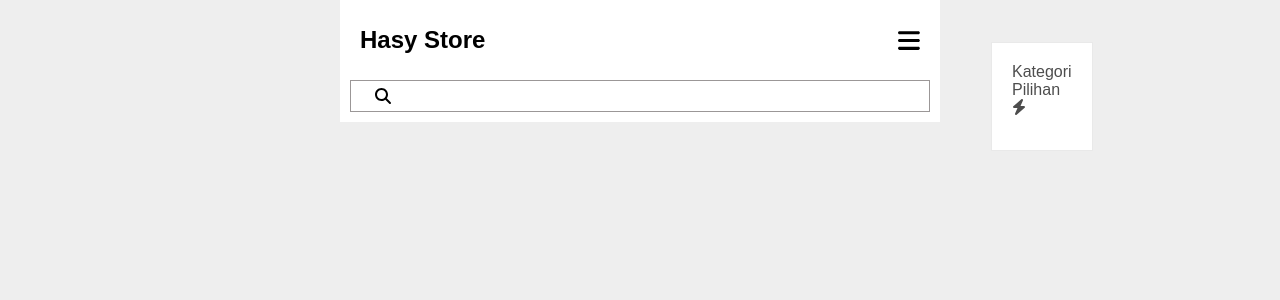
Repository: HabibAsyrof/project-akhir
Page: http://localhost/
These files come from the project's save history. The page is drawn as it stood at one moment and after a run of saves; the edit follows.
The browser window is 1280 px wide. The pictures show the whole page.
Some web libraries are served in a nearby version. The page is served by the project's Laravel application, run on PHP 8.4 with Laravel 12. Other server files are loaded and not shown. Queries for data that is not in the repository find no rows.

Above is the page before, as saved 2024-10-15 08:51:34.

### routes/web.php


<!--
use App\Http\Controllers\loginController;
use App\Http\Controllers\regisController;
use App\Models\Iklan;
use App\Models\Jenis;
use App\Models\Kategori;
use Illuminate\Support\Facades\Route;
use Symfony\Component\CssSelector\Node\FunctionNode;

Route::get('/', function (){
    return view('halaman_utama', [
        'kategori' => Kategori::all(),
        'iklan' => Iklan::all(),
        'jenis' => Jenis::take(6)->get()
    ]);
});

Route::get('/Sign-In', function (){
    return view('auth/signin');
});

Route::get('/login', [
    loginController::class, ('login')
])->name('login')->middleware('guest');

Route::post('/login', [
    loginController::class, ('authenticate')
]);

Route::get('/Sign-Up', function(){
    return view('auth/signup');
}); -->


<?php

// Menggunakan controller dan model yang diperlukan
use App\Http\Controllers\IklanController;
use App\Http\Controllers\JenisController;
use App\Http\Controllers\KategoriController;
use App\Http\Controllers\loginController;
use App\Http\Controllers\regisController;
use App\Models\Iklan;
use App\Models\Jenis;
use App\Models\Kategori;
use Illuminate\Support\Facades\Route;
use Illuminate\Http\Request;

// Rute untuk menampilkan halaman Sign-In
Route::get('/Sign-In', [
    loginController::class,
    ('login')
])->middleware('guest')->name('login');

// Rute untuk menangani autentikasi pengguna
Route::post('/login', [
    loginController::class,
    ('authenticate')
]);

// Rute untuk menampilkan halaman Sign-Up
Route::get('/Sign-Up', function () {
    return view('auth/signup'); // Mengembalikan tampilan signup
})->middleware('guest');

// Rute untuk menangani pendaftaran pengguna
Route::post('/register', [
    regisController::class,
    ('register')
]);

// Rute untuk menampilkan dashboard admin setelah autentikasi
Route::get('/admin', function () {
    $kategori = Kategori::all(); // Mengambil semua kategori dari database
    return view('/admin/admin-kategori', [
        'kategori' => $kategori,
        'title' => 'dashboard' // Mengatur title halaman
    ]);
})->middleware('auth')->name('halaman-utama'); // Hanya dapat diakses oleh pengguna yang terautentikasi

// Rute untuk menambah kategori baru
Route::post('/admin/create', [
    KategoriController::class, 'tambah_kategori'
]);

// Rute untuk menampilkan halaman logout
Route::get('/logout', [
    loginController::class, 'logout'
]);

// Rute untuk menampilkan halaman utama
Route::get('/', function (Request $request) {
    $search = $request->query('search');
    $jenis = Jenis::take(6)->get();
    if($search) {
        $jenis = Jenis::where('nama', $search)->take(6)->get();
    }
    return view('halaman_utama', [
        'kategori' => Kategori::all(), // Mengambil semua kategori
        'jenis' => $jenis, // Mengambil 6 jenis
        'iklan' => Iklan::all() // Mengambil semua iklan
    ]);
});

// Rute untuk menampilkan formulir pembuatan kategori di admin
Route::get('/admin/kategori/create', function() {
    return view('admin/create-kategori', [
        'title' => 'add category' // Mengatur title halaman
    ]);
});

// Rute untuk menampilkan daftar jenis di admin
Route::get('/admin/jenis', function(){
    $jenis = Jenis::all(); // Mengambil semua jenis dari database
    return view('/admin/admin-jenis', [
        'jenis' => $jenis,
        'title' => 'dashboard' // Mengatur title halaman
    ]);
});

// Rute untuk menampilkan formulir pembuatan jenis
Route::get('/admin/jenis/create', function() {
    return view('admin/create-jenis', [
        'title' => 'add category', // Mengatur title halaman
        'kategori' => Kategori::all(), // Mengambil semua kategori untuk ditampilkan di formulir
    ]);
});

// Rute untuk menambah jenis baru
Route::post('/admin/create-jenis', [
    JenisController::class, 'tambah_jenis'
]);

// Rute untuk menampilkan daftar iklan di admin
Route::get('/admin/iklan', function(){
    $iklan = Iklan::all(); // Mengambil semua iklan dari database
    return view('/admin/admin-iklan', [
        'iklan' => $iklan,
        'title' => 'dashboard' // Mengatur title halaman
    ]);
});

// Rute untuk menampilkan formulir pembuatan iklan
Route::get('/admin/iklan/create', function() {
    return view('admin/create-iklan', [
        'title' => 'add category' // Mengatur title halaman
    ]);
});

// Rute untuk menambah iklan baru
Route::post('/admin/create-iklan', [
    IklanController::class, 'tambah_iklan'
]);

// Rute untuk menampilkan halaman berdasarkan kategori iPhone
Route::get('/halaman-iphone/{id}', function(Request $request) {
    // Mengambil jenis berdasarkan kategori ID dari parameter rute
    return view('halaman-iphone', [
        'jenis' => Jenis::where('kategori_id', $request->route('id'))->get(), // Mengambil jenis yang terkait dengan kategori tertentu
        'kategori' => Kategori::all()
    ]);
});

### app/Models/Jenis.php
<?php

namespace App\Models;

use Illuminate\Database\Eloquent\Factories\HasFactory;
use Illuminate\Database\Eloquent\Model;

class Jenis extends Model
{
    use HasFactory;
    protected $guarded=['id'];
}

### app/Models/Kategori.php
<?php

namespace App\Models;

use Illuminate\Database\Eloquent\Factories\HasFactory;
use Illuminate\Database\Eloquent\Model;

class Kategori extends Model
{
    use HasFactory;
    protected $guarded=['id'];

}

### app/Models/Iklan.php
<?php

namespace App\Models;

use Illuminate\Database\Eloquent\Factories\HasFactory;
use Illuminate\Database\Eloquent\Model;

class Iklan extends Model
{
    use HasFactory;
    protected $guarded=['id'];
}

### resources/views/halaman_utama.blade.php
@extends('layout.app')

@section('title', 'Home')

@section('css')
    <link rel="stylesheet" href="css/halaman-utama.css">
    <link rel="stylesheet" href="css/search.css">
@endsection

@section('content')
    <div class="container-halaman-utama">
        <div class="navbar">
            <x-navbar :kategori="$kategori" />
        </div>
        <x-search />
        <div class="iklan">
            <div class="slider">
                <div class="slides">
                    @foreach ($iklan as $item)
                        <div class="slide animasi-cuy"><img src="{{ asset('storage/' . $item->image) }}" alt="Image 2">
                        </div>
                    @endforeach
                </div>
                <button id="button-slide" class="prev animasi-cuy" onclick="prevSlide()">&#10094;</button>
                <button id="button-slide" class="next animasi-cuy" onclick="nextSlide()">&#10095;</button>
            </div>
        </div>

        <div class="judul-hp">
            <div class="fakmen">Kategori Pilihan <i class="fa-solid fa-bolt"></i></div>
            <div class="nama-hp">
                @foreach ($kategori as $item)
                    <a class="jenishp" href="/halaman-iphone/{{ $item->id }}">
                        <img src="{{ asset('storage/' . $item->image) }}" alt="gambar">
                        <div class="nama">
                            <p>{{ $item->series }}</p>
                        </div>
                    </a>
                @endforeach
            </div>
        </div>


        <div class="serahbiblah">
            @foreach ($jenis as $item)
                <div class="hp">
                    <div class="jenishp1">
                        <img src="{{ asset('storage/' . $item->image) }}" alt="gambar">
                    </div>
                    <div class="jenishp11">
                        <div class="nama">
                            <p>{{ $item->nama }}</p>
                        </div>
                        <div class="harga">
                            <h1>Rp.{{ $item->harga }}</h1>
                        </div>
                    </div>
                    <button class="button-beli" type="submit">detail</button>
                </div>
            @endforeach
        </div>

    @section('js')
        <script src="js/sidebar.js"></script>
        <script src="js/script.js"></script>
    @endsection

### resources/views/components/navbar.blade.php
@props(['kategori'])

<div class="container animasi-cuy">
    <nav>
        <div class="brand">
            <h1>Hasy Store</h1>
        </div>
        <div class="bars" id="hamburger-menu">
            <i class="fa-solid fa-bars"></i>
        </div>
    </nav>
    <div class="sidebar animasi-cuy">
        @guest
        <span><a href="/Sign-In">Login</a></span>
        @endguest
        @auth
        <span><a href="/logout">Logout</a></span>
        @endauth
        @foreach ($kategori as $item)
        <span><a href="/halaman-iphone/{{ $item->id }}">{{ $item->series }}</a></span>
        @endforeach
    </div>
</div>

### resources/views/components/search.blade.php
<div class="search animasi-cuy">
    <input type="text" placeholder="cari barang">
    <i class="fa-solid fa-magnifying-glass"></i>
<form action="">

</form>

### resources/views/layout/app.blade.php
<!DOCTYPE html>
<html lang="en">
<head>
    <meta charset="UTF-8">
    <meta name="viewport" content="width=device-width, initial-scale=1.0">
    <meta http-equiv="X-UA-Compatible" content="ie=edge">
    <title>Habib Store - @yield('title')</title>
    @yield('css')
    <link rel="stylesheet" href="https://cdnjs.cloudflare.com/ajax/libs/font-awesome/6.6.0/css/all.min.css">
</head>
<body>
    @yield('content')
    @yield('js')
    <script src="https://cdnjs.cloudflare.com/ajax/libs/font-awesome/6.6.0/js/all.min.js"></script>
</body>
</html>

### public/css/halaman-utama.css
/* keseluruhan */
body {
    background-color: #eee;
    display: flex;
    justify-content: center;
    margin: 0;
    font-family: Arial, sans-serif;
}



/* iklan */
.slider {
    position: relative;
    max-width: 100%;
    margin: auto;
    overflow: hidden;
}
.slides {
    display: flex;
    transition: transform 0.5s ease;
}
.slide {
    min-width: 100%;
    box-sizing: border-box;
}
.slide img {
    width: 600px;
    height: 210px;
    display: block;
}
#button-slide {
    position: absolute;
    top: 50%;
    transform: translateY(-50%);
    background-color: transparent;
    font-size: 40px;
    color: rgba(255, 255, 255, 0.647);
    font-weight: bolder;
    border: none;
    padding: 3px;
    cursor: pointer;
    z-index: 1000;
}
.prev {
    left: 10px;
}
.next {
    right: 10px;
}
@media (max-width: 600px) {
    button {
        padding: 5px;
    }
}
.iklan {
    display: flex;
    justify-content: center;
    z-index: 1;
}
.slider {
    width: 600px;
    display: flex;
    z-index: 1;
}

/* layout.css */
.navbar {
    padding-bottom: 10px;
    background-color: white;
}
.container-halaman-utama {
    width: 600px;
    background-color: white;
    height: max-content;
}

/* nav */
nav {
    display: flex;
    justify-content: space-between;
    width: 600px;
    padding-top: 20px;
    align-items: center;
    padding-left: 20px;
    padding-right: 20px;
    height: 40px;
}
.bars:hover{
    cursor: pointer;
}

.container {
    display: flex;
    justify-content: center;
}
.sidebar {
    position: absolute;
    display: flex;
    flex-direction: column;
    height: 100vh;
    background-color: black;
    width: 300px;
    justify-content: center;
    gap: 50px;
    top: 0;
    align-items: center;
    left: -100%;
    z-index: 99;
    transition: 0.5s;
}
.sidebar a {
    text-decoration: none;
}
.sidebar.active {
    left: 0%;
}
a {
    color: white;
}

.bars {
    font-size: 25px;
}

/* katagori hp $ JenisHp */
.judul-hp {
    background-color: white;
    padding-bottom: 15px;
    border: solid rgb(233, 233, 233) 1px;
}

.fakmen {
    color: rgb(77, 77, 77);
    padding: 20px;
}

.jenishp {
    width: 70px;
    font-size: 15px;
    display: flex;
    flex-direction: column;
    justify-content: center;
    align-items: center;
    gap: 10px;
}

.jenishp:hover {
    cursor: pointer;
}

.jenishp img {
    width: 40px;
}

.nama {
    font-size: 13px;
    color: rgb(77, 77, 77);
}

.nama-hp {
    display: flex;
    flex-wrap: wrap;
    flex-direction: row;
    justify-content: center;
    align-items: center;
    gap: 50px;
    padding: 0 50px;
}

/* kategori Hp 1 $ JenisHp1 */

.harga {
    font-size: 10px;
}

.hp {
    border: solid rgb(233, 233, 233) 1px;
    width:297px;
    display: flex;
    flex-direction: column;
}


.hp .jenishp1 {
    display: flex;
    justify-content: center;
    padding: 10px;
}

.jenishp11 {
    padding: 0px 20px;
}

.jenis-hp {
    display: flex;
    width: 600px;
}

.jenishp1 img {
    width: 100px;
    height: 150px;
    margin-top: 10px;
}

.nama-hp1 {
    display: flex;
    justify-content: center;
    flex-wrap: wrap;
}

.button-beli {
    height: 30px;
    background-color: black;
    color: white;
    cursor: pointer;
    display: flex;
    justify-content: center;
    align-items: center;
    margin-right: 50px;
    margin-left: 50px;
    margin-bottom: 20px;
}


.serahbiblah {
    display: flex;
    width: 600px;
    flex-wrap: wrap;
}

### public/css/search.css
.search {
    border: solid 1px #9b9797;
    display: flex;
    height: 30px;
    align-items: center;
    padding-left: 20px;
    margin: 10px;
    padding-right: 20px;
}

input {
    border: none;
    width: 100%;
    background-color: transparent;
    outline: none;
}

button {
    background-color: white;
    border: none;
    font-size: 17px;
    color: rgb(133, 133, 133);
}

### public/js/sidebar.js
const navbarNav = document.querySelector('.sidebar')

document.querySelector('#hamburger-menu')
.onclick=()=>{
    navbarNav.classList.toggle('active');
};

### public/js/script.js
let slideIndex = 0;

function showSlides() {
    const slides = document.querySelectorAll('.slide');
    slides.forEach((slide, index) => {
        slide.style.transform = `translateX(-${slideIndex * 100}%)`;
    });
}

function nextSlide() {
    const slides = document.querySelectorAll('.slide');
    slideIndex = (slideIndex + 1) % slides.length;
    showSlides();
}

function prevSlide() {
    const slides = document.querySelectorAll('.slide');
    slideIndex = (slideIndex - 1 + slides.length) % slides.length;
    showSlides();
}

// Initialize the slider
showSlides();

// Optional: Auto slide every 3 seconds
setInterval(nextSlide, 3000);

After the next 3 saves:
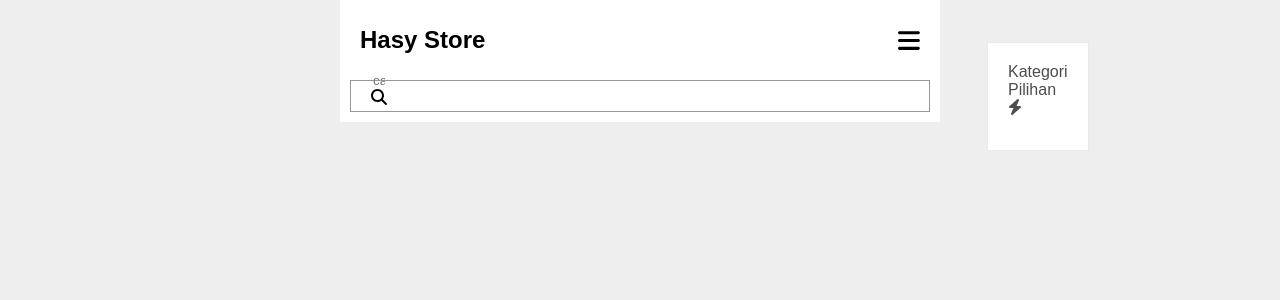
The 3 saves are shown as one change because they came seconds apart.
The last was saved 14 s later.
--- a/resources/views/components/search.blade.php
+++ b/resources/views/components/search.blade.php
@@ -1,6 +1,6 @@
 <div class="search animasi-cuy">
-    <input type="text" placeholder="cari barang">
-    <i class="fa-solid fa-magnifying-glass"></i>
 <form action="">
 
+        <input type="text" placeholder="cari barang">
+        <i class="fa-solid fa-magnifying-glass"></i>
 </form>
